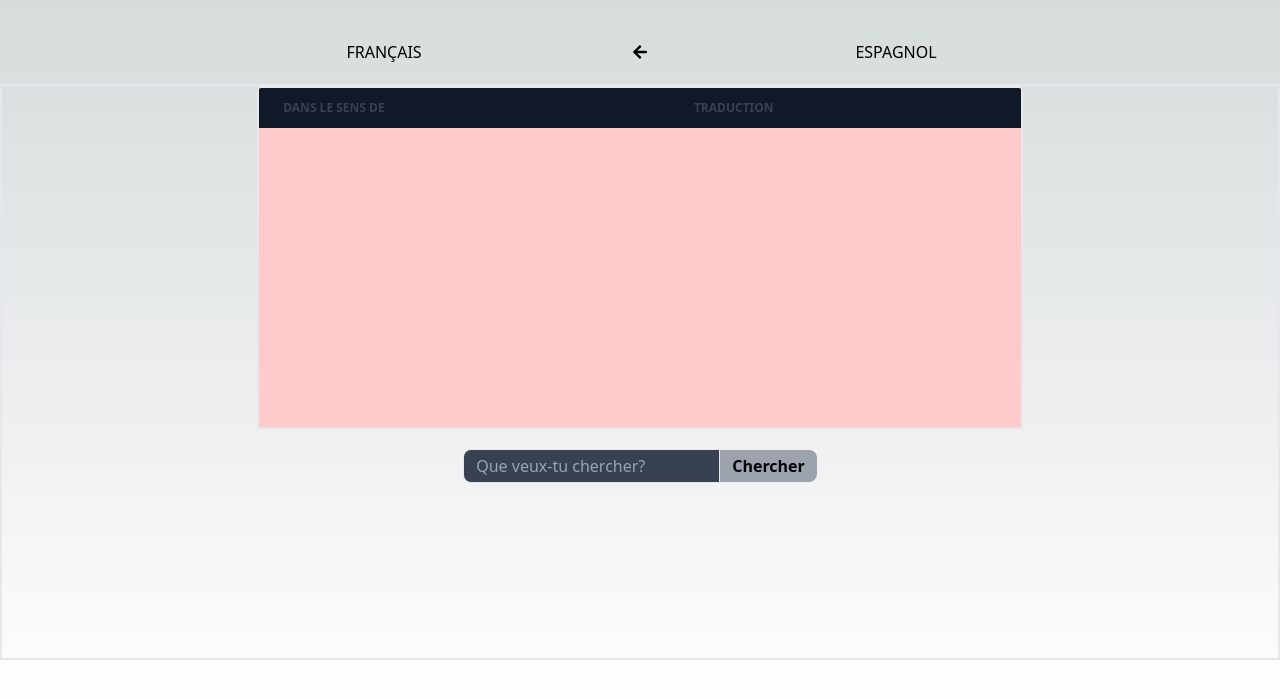
Repository: All-Khwarizmi/Dico
Page: /
An editor plug-in stored every save of this project. The page is shown before and after the next save, followed by the edit.
The browser window is 1280 px wide. The pictures show the whole page.
The project was rebuilt for these pictures with package versions that can differ from the ones it lists, and the page was loaded fresh each time. The framework's server and built-in components were replaced by stand-ins that run in the browser. Also part of the build but not shown: next.config.js, vite.config.ts.

Above is the page before, as saved 2023-02-17 18:29:50.

### src/app/page.tsx
'use client';
import Image from 'next/image';
import { Inter } from '@next/font/google';
import { FaArrowLeft } from 'react-icons/fa';
import { BsArrowRight } from 'react-icons/bs';
import { FaArrowRight } from 'react-icons/fa';
import EspModal from '@/components/EspModal';
import DicoModal from '@/components/DicoModal';

const inter = Inter({ subsets: ['latin'] });
import parse from 'html-react-parser';
import { useState } from 'react';
import Link from 'next/link';

type Trad = {
  source: string;
  target: string;
};
type Translations = Array<Trad>;
interface TranslationsFetch {
  translations: Array<Trad>;
}
export default function Home() {
  const [word, setWord] = useState<string>('');
  const [isFr, setIsFR] = useState<Boolean>(false);
  const [translations, setTranslations] = useState<Translations>([]);

  const submitWord = (e: React.FormEvent<HTMLFormElement>) => {
    e.preventDefault();
    let check = word.split(' ').length;
    console.log('Submitting', check);
    if (check > 1) {
      return window.alert('1 mot à la fois');
    }
    if (isFr) return fetchDico(word).catch((err) => console.log(err));
     fetchDicoEsp(word).catch((err) => console.log(err));
  };

  const inputWord = (e: React.ChangeEvent<HTMLInputElement>) => {
    return setWord(e.target.value);
  };

  const fetchDico = async (word: string): Promise<void> => {
    console.log('Fetching..');
     const url = 'https://dico-ochre.vercel.app/api/dico';
    const options: RequestInit = {
      method: 'POST',
      headers: {
        'Content-Type': 'text/plain;charset=UTF-8',
      },
      body: JSON.stringify(word),
    };
    const res = await fetch(url, options);
    // eslint-disable-next-line @typescript-eslint/no-unsafe-assignment
    const data = await res.json();
    console.log('Data: ', data);
    // eslint-disable-next-line @typescript-eslint/no-unsafe-assignment
    const { translations }: TranslationsFetch = data;
    setTranslations(translations);
    setWord('');
  };
  const fetchDicoEsp = async (word: string): Promise<void> => {
    console.log('Fetching..');
    const url = 'https://dico-ochre.vercel.app/api/esp';
    const options: RequestInit = {
      method: 'POST',
      headers: {
        'Content-Type': 'text/plain;charset=UTF-8',
      },
      body: JSON.stringify(word),
    };
    const res = await fetch(url, options);
    // eslint-disable-next-line @typescript-eslint/no-unsafe-assignment
    const data = await res.json();
    console.log('Data: ', data);
    // eslint-disable-next-line @typescript-eslint/no-unsafe-assignment
    const { translations }: TranslationsFetch = data;
    setTranslations(translations);
    setWord('');
  };
  return (
    <main className='h-screen w-screen'>
      <div className='grid place-items-center pt-5 '>
        {isFr ? (
          <div className='grid w-[60%] grid-cols-3  place-items-center  '>
            <button onClick={() => setIsFR(!isFr)}>
              <h1 className='py-5 text-center uppercase text-1xl'>Français</h1>
            </button>
            <button onClick={() => setIsFR(!isFr)}>
              <FaArrowRight />
            </button>
            <button onClick={() => setIsFR(!isFr)}>
              <h1 className='py-5 text-center uppercase text-1xl'>Espagnol</h1>
            </button>
          </div>
        ) : (
          <div className='grid w-[60%] grid-cols-3  place-items-center  '>
            <button onClick={() => setIsFR(!isFr)}>
              <h1 className='py-5 text-center uppercase text-1xl'>Français</h1>
            </button>
            <button onClick={() => setIsFR(!isFr)}>
              <FaArrowLeft />
            </button>
            <button onClick={() => setIsFR(!isFr)}>
              <h1 className='py-5 text-center uppercase text-1xl'>Espagnol</h1>
            </button>
          </div>
        )}
      </div>
      <div className='flex h-[80%] flex-col border border-2 items-center gap-5'>
        <div className=' h-[60%] max-h-[80%] w-[60%] overflow-scroll rounded border-2 border-solid bg-red-200'>
          <div className='text-black '>
            <div className=''>
              <table className='  relative w-full text-left text-sm text-gray-500 dark:text-gray-400'>
                <thead className='  sticky top-0 bg-gray-900 text-xs uppercase text-gray-700 '>
                  <tr>
                    <th scope='col' className='px-6 dark:text-white py-3 '>
                      Dans le sens de
                    </th>
                    <th scope='col' className='px-6 dark:text-white py-3 '>
                      Traduction
                    </th>
                  </tr>
                </thead>
                <tbody className='bg-gray-800'>
                  {translations?.map((trad: Trad, index) => {
                    return (
                      <tr
                        className='border-b bg-white dark:border-gray-700 dark:bg-gray-800'
                        key={index}
                      >
                        <td className='px-6 py-4'> {parse(trad?.source)}</td>
                        <th
                          scope='row'
                          className='whitespace-nowrap px-6 py-4 font-medium text-gray-900 dark:text-white'
                        >
                          {parse(trad?.target)}
                        </th>
                      </tr>
                    );
                  })}
                </tbody>
              </table>
            </div>
          </div>
        </div>
        <form className='text-black' onSubmit={(e) => submitWord(e)}>
          <input
            onChange={(event) => inputWord(event)}
            value={word}
            placeholder='Que veux-tu chercher?'
            className='rounded-lg border dark:text-white border-1 bg-gray-700 rounded-r-none px-3 py-1'
            type='text'
            name='word'
            id='word'
          />
          <button
            className='rounded-lg rounded-l-none bg-gray-400 dark:text-white font-bold dark:bg-purple-900 px-3 py-1 dark:py-1.5'
            type='submit'
          >
            Chercher
          </button>
        </form>
      </div>
    </main>
  );
}

Loaded but not shown: src/app/layout.tsx (common file); src/app/globals.css (common file); tailwind.config.js (common file)

After the next save:
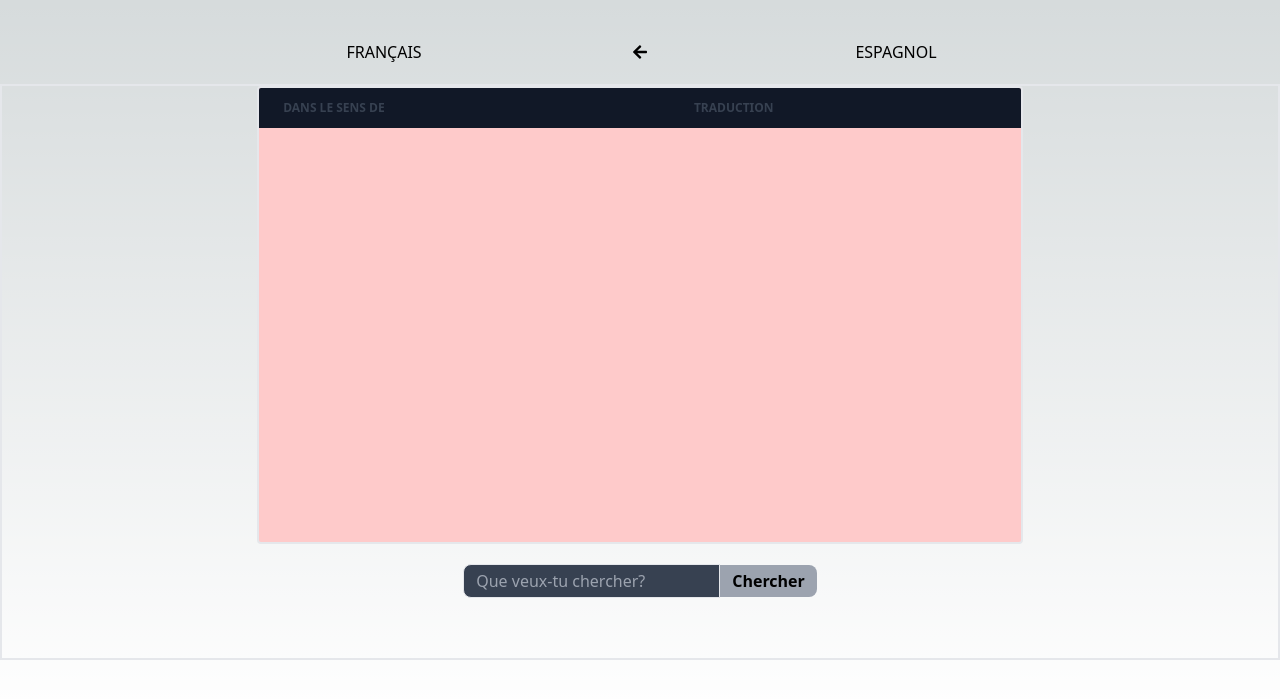
Saved 8 s later.
--- a/src/app/page.tsx
+++ b/src/app/page.tsx
@@ -108,7 +108,7 @@
         )}
       </div>
       <div className='flex h-[80%] flex-col border border-2 items-center gap-5'>
-        <div className=' h-[60%] max-h-[80%] w-[60%] overflow-scroll rounded border-2 border-solid bg-red-200'>
+        <div className=' h-[80%] max-h-[80%] w-[60%] overflow-scroll rounded border-2 border-solid bg-red-200'>
           <div className='text-black '>
             <div className=''>
               <table className='  relative w-full text-left text-sm text-gray-500 dark:text-gray-400'>

After the 2 saves that followed:
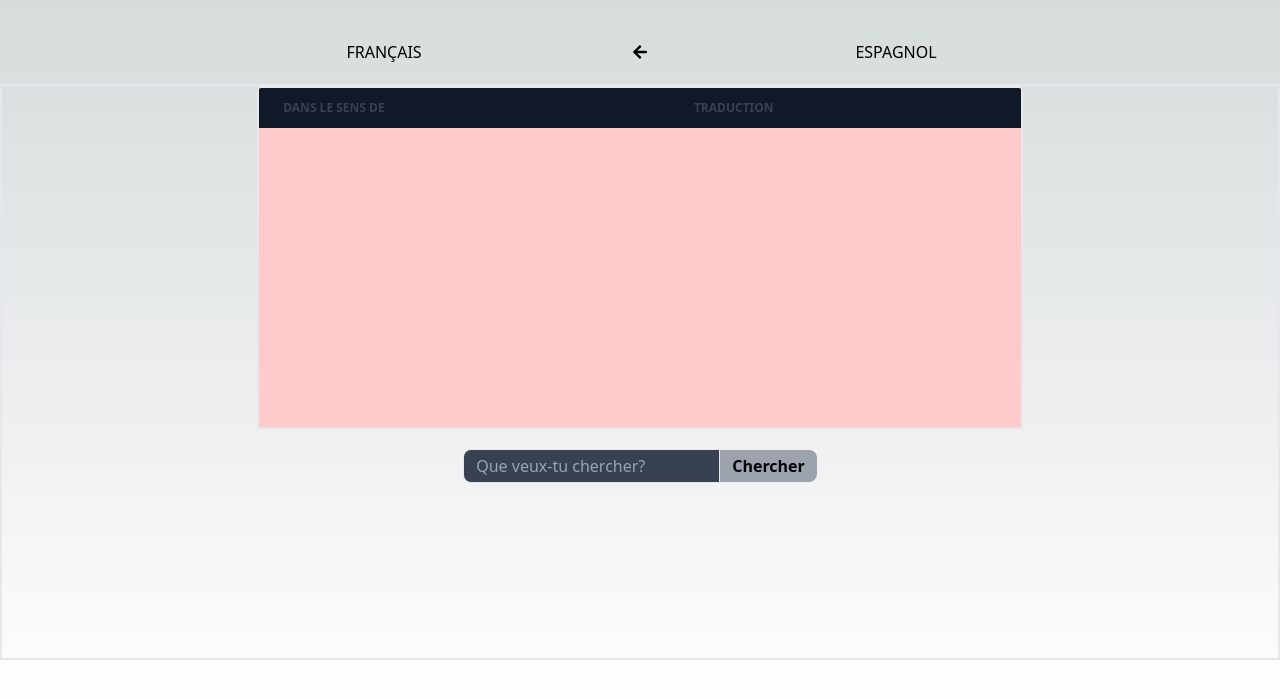
The 2 saves are shown as one change because they came seconds apart.
The last was saved 6 s later.
--- a/src/app/page.tsx
+++ b/src/app/page.tsx
@@ -108,7 +108,7 @@
         )}
       </div>
       <div className='flex h-[80%] flex-col border border-2 items-center gap-5'>
-        <div className=' h-[80%] max-h-[80%] w-[60%] overflow-scroll rounded border-2 border-solid bg-red-200'>
+        <div className=' h-[60%] max-h-[80%] w-[60%] overflow-scroll rounded border-2 border-solid bg-red-200'>
           <div className='text-black '>
             <div className=''>
               <table className='  relative w-full text-left text-sm text-gray-500 dark:text-gray-400'>
